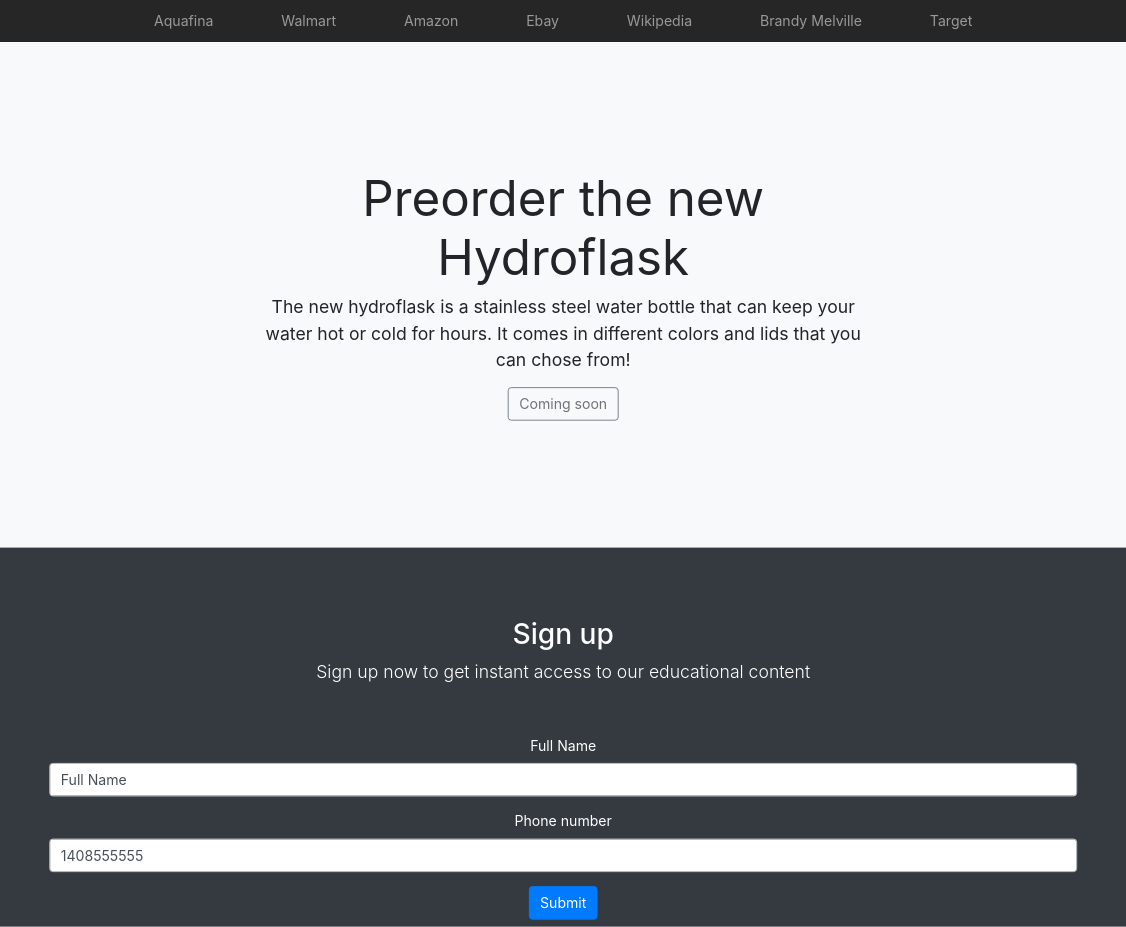
Repository: hluon012/Helen-website
Page: LearnCS8-Twilio/index.html
The author's editor kept a record of every edit. The page is drawn from the files as they stood at one moment, then again after the next edit.
The browser window is 1280 px wide. The pictures show the whole page, at 88% of full size.

Above is the page before.

### LearnCS8-Twilio/index.html
<!doctype html>
<html lang="en">
  <head>
    <!-- Required meta tags -->
    <meta charset="utf-8">
    <meta name="viewport" content="width=device-width, initial-scale=1, shrink-to-fit=no">
    <meta name="description" content="Keep it cool and hot">
    <meta name="author" content="862342775">

    <!-- Bootstrap CSS -->
    <link rel="stylesheet" href="https://stackpath.bootstrapcdn.com/bootstrap/4.5.2/css/bootstrap.min.css" integrity="sha384-JcKb8q3iqJ61gNV9KGb8thSsNjpSL0n8PARn9HuZOnIxN0hoP+VmmDGMN5t9UJ0Z" crossorigin="anonymous">

    <!-- Title of your Website -->
    <title>Hydroflask</title>
    <link href="product.css" rel="stylesheet">
  </head>
  <body>
    <nav class="site-header sticky-top py-1">
      <!-- Top Menu Bar -->
      <div class="container d-flex flex-column flex-md-row justify-content-between">
          <a class="py-2 d-none d-md-inline-block" id="menu-item-1" href="https://www.aquafina.com/en-US/" target="_blank">Aquafina</a>
          <a class="py-2 d-none d-md-inline-block" id="menu-item-2" href="https://www.walmart.com/?&adid=22222222220220085369&wmlspartner=wmtlabs&wl0=e&wl1=g&wl2=c&wl3=521205638070&wl4=kwd-27665750&wl5=9031488&wl6=&wl7=&wl8=&veh=sem&gclid=CjwKCAiArY2fBhB9EiwAWqHK6s38g3csVuvkM-YnnyJ5BA9NGrwVfRF2ck-MFZBaO4oV9pVwp31UvxoCowQQAvD_BwE&gclsrc=aw.ds" target="_blank">Walmart</a>
          <a class="py-2 d-none d-md-inline-block" id="menu-item-3" href="https://www.amazon.com/" target="_blank">Amazon</a>
          <a class="py-2 d-none d-md-inline-block" id="menu-item-4" href="https://www.ebay.com/" target="_blank">Ebay</a>
          <a class="py-2 d-none d-md-inline-block" id="menu-item-5" href="https://www.wikipedia.org/" target="_blank">Wikipedia</a>
          <a class="py-2 d-none d-md-inline-block" id="menu-item-6" href="https://us.brandymelville.com/" target="_blank">Brandy Melville</a>
          <a class="py-2 d-none d-md-inline-block" id="menu-item-7" href="https://www.target.com/?ref=tgt_adv_XS000000&AFID=google&fndsrc=tgtao&DFA=71700000012637812&CPNG=Other_Target%2BBrand%7CHoliday_Ecomm_Other&adgroup=Core+Branded+Keywords&LID=700000001170706&LNM=target&MT=e&network=g&device=c&location=9031488&targetid=kwd-19131461&gclid=CjwKCAiArY2fBhB9EiwAWqHK6rrvUBxineq40MUmQm4Y6up5DTqaH5ANLWTwFfbayc0yZt31Vx8b3xoC35EQAvD_BwE&gclsrc=aw.ds" target="_blank">Target</a>
      </div>
    </nav>
    <!-- Main Header Section h1-->
    <div class="position-relative overflow-hidden p-3 p-md-5 m-md-0 text-center bg-light">
      <div class="col-md-8 p-lg-5 mx-auto my-5">
          <h1 class="display-4 font-weight-normal">Preorder the new Hydroflask</h1>
          <p class="lead font-weight-normal">The new hydroflask is a stainless steel water bottle that can keep your water hot or cold for hours. It comes in different colors and lids that you can chose from!</p>
          <a class="btn btn-outline-secondary" href="https://www.aquaphorus.com/?gclid=CjwKCAiArY2fBhB9EiwAWqHK6lWkDiTSmk9PVK6CZ9znyxaar2gdfyCmCYlxiF1WZUXbJgQiAhSHZBoCpKEQAvD_BwE" target="_blank">Coming soon</a>
      </div>
    </div>
    <!-- Left Tile -->
<div class="d-md-flex flex-md-equal w-100">
    <div class="bg-dark pt-3 px-3 pt-md-5 px-md-5 text-center text-white overflow-hidden">
        <div class="my-3 py-3">
            <h2 class="display-5">Sign up</h2>
            <p class="lead">Sign up now to get instant access to our educational content</p>
        </div>
        <!-- Web form when submitted will send a text message -->
        <form class="p-2" onsubmit="sendTextMessage(); return false;">
            <!-- Full Name Form Field -->
            <div class="form-group">
                <label for="example-first-name">Full Name</label>
                <input type="text" value="Full Name" class="form-control" id="example-first-name" aria-describedby="emailHelp">
            </div>
            <!-- Phone Number Form Field -->
            <div class="form-group">
                <label for="example-tel-input">Phone number</label>
                <input type="tel" class="form-control" value="1408555555" id="example-tel-input">
            </div>
            <!-- JavaScript that handles onSubmit logic -->
            <!-- Configure the XHR request below with your own credentials -->
            <script>
            function sendTextMessage() {
                console.log("Hello world!");
                var xhr = new XMLHttpRequest();
                var accountSID = "AC5f686bf053f2833ca3fd5e40af9d2834";
                var authToken = "e4ef5705fc700970ec29ff963919d5d2";
                var base64encoded = accountSID + ":" + authToken;
                var params = "To=" + document.getElementById('example-tel-input').value + "&From=" + "8449993536" + "&Body=" + "Hello " + document.getElementById('example-first-name').value + "thank you for keeping it hot and cold"
                xhr.open("POST", "https://api.twilio.com/2010-04-01/Accounts/" + accountSID + "/Messages.json", true);
                xhr.setRequestHeader('Content-Type', 'application/x-www-form-urlencoded');
                xhr.setRequestHeader('Authorization', 'Basic ' + btoa(base64encoded));
                xhr.send(params);
            }
            </script>
            <!-- Submit button that will execute the sendTextMessage function -->
            <button type="submit" class="btn btn-primary">Submit</button>
        </form>
    </div>
  </body>
</html>

### LearnCS8-Twilio/product.css
.container {
  max-width: 960px;
}

/*
 * Custom translucent site header
 */

.site-header {
  background-color: rgba(0, 0, 0, .85);
  -webkit-backdrop-filter: saturate(180%) blur(20px);
  backdrop-filter: saturate(180%) blur(20px);
}
.site-header a {
  color: #999;
  transition: ease-in-out color .15s;
}
.site-header a:hover {
  color: #fff;
  text-decoration: none;
}

/*
 * Dummy devices (replace them with your own or something else entirely!)
 */

.product-device {
  position: absolute;
  right: 10%;
  bottom: -30%;
  width: 300px;
  height: 540px;
  background-color: #333;
  border-radius: 21px;
  -webkit-transform: rotate(30deg);
  transform: rotate(30deg);
}

.product-device::before {
  position: absolute;
  top: 10%;
  right: 10px;
  bottom: 10%;
  left: 10px;
  content: "";
  background-color: rgba(255, 255, 255, .1);
  border-radius: 5px;
}

.product-device-2 {
  top: -25%;
  right: auto;
  bottom: 0;
  left: 5%;
  background-color: #e5e5e5;
}


/*
 * Extra utilities
 */

.flex-equal > * {
  -ms-flex: 1;
  flex: 1;
}
@media (min-width: 768px) {
  .flex-md-equal > * {
    -ms-flex: 1;
    flex: 1;
  }
}

.overflow-hidden { overflow: hidden; }

After the next edit:
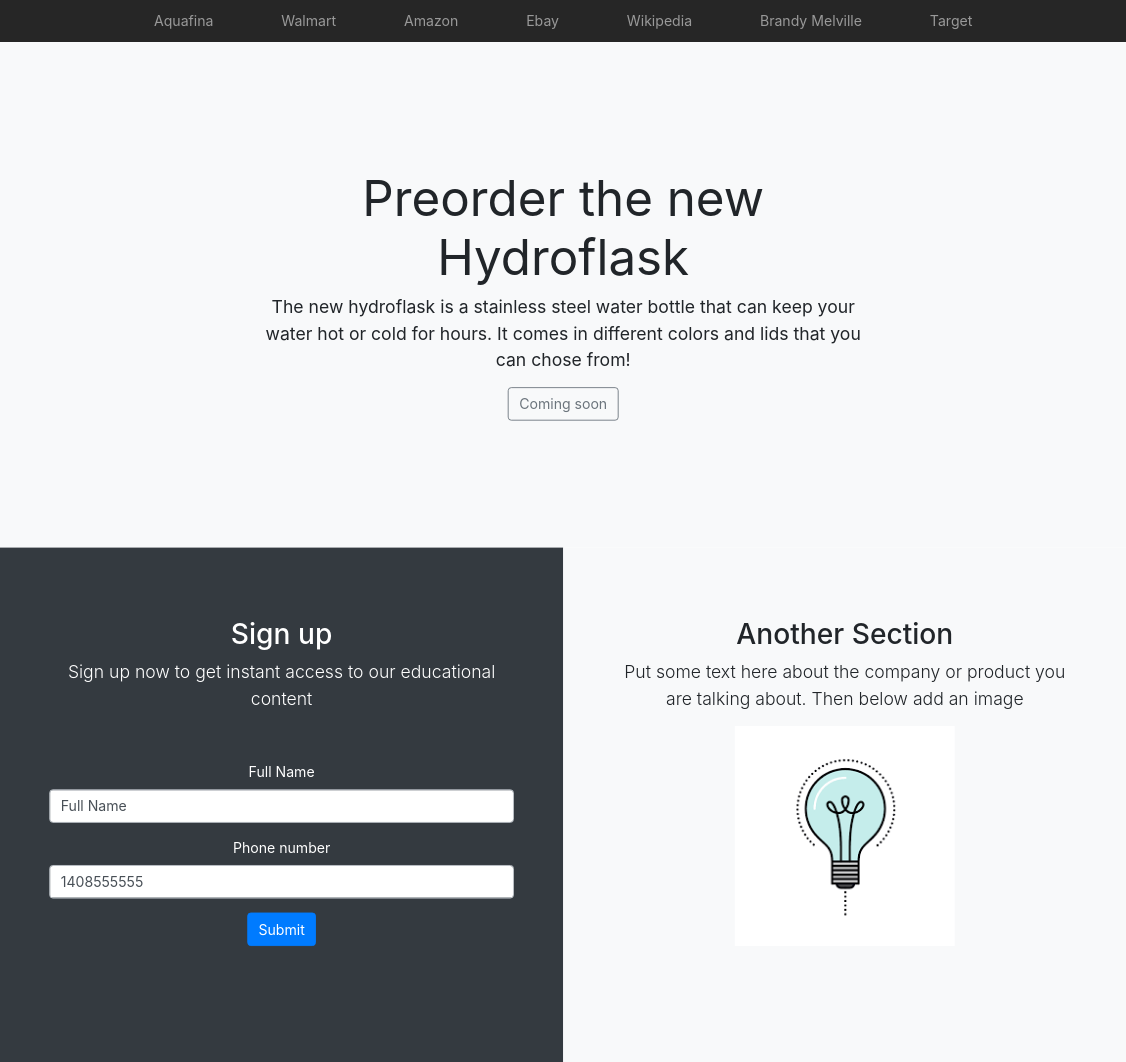
The edit:
--- a/LearnCS8-Twilio/index.html
+++ b/LearnCS8-Twilio/index.html
@@ -74,5 +74,15 @@
             <button type="submit" class="btn btn-primary">Submit</button>
         </form>
     </div>
+    <!-- Right Tile -->
+      <div class="bg-light pt-3 px-3 pt-md-5 px-md-5 text-center overflow-hidden">
+          <div class="my-3 p-3">
+              <h2 class="display-5">Another Section</h2>
+              <p class="lead">Put some text here about the company or product you are talking about. Then below add an image</p>
+              <img class="mx-auto" src="example_image.png" height="250px">
+          </div>
+          <div class="mx-auto" style="width: 80%; height: 100px; border-radius: 21px 21px 0 0;"></div>
+      </div>
+    </div>
   </body>
 </html>
